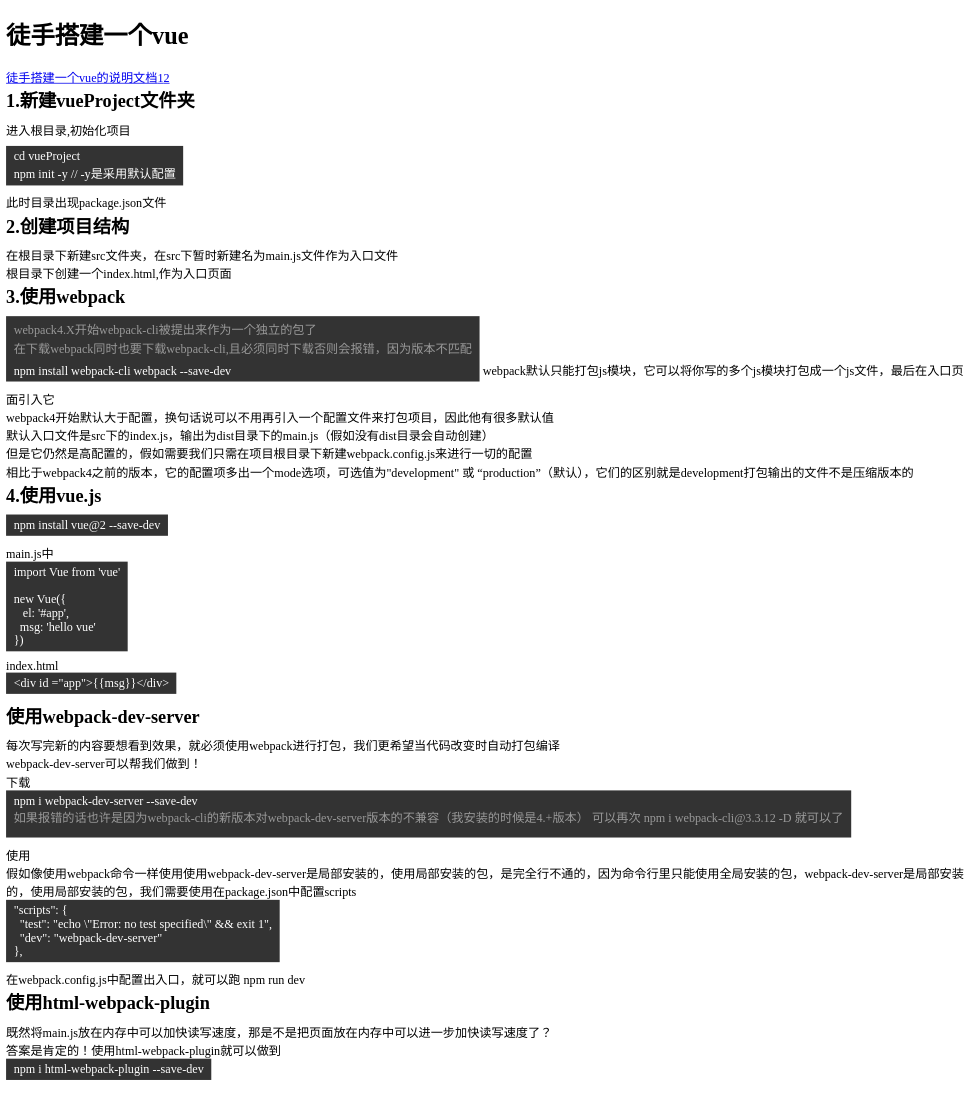
Repository: yuWhy/vue-build-cli
Page: /#/vueBuild
The author's editor kept a copy of each file at every save. The page is drawn from the files as they stood at one save, then again after the next save.
The browser window is 1280 px wide. The pictures show the whole page, at 76% of full size.
The project was rebuilt for these pictures with package versions that can differ from the ones it lists, and the page was loaded fresh each time. Also part of the build but not shown: webpack.config.js, src/router/index.js.

Above is the page before, as saved 2021-02-19 17:01:58.

After the next save:
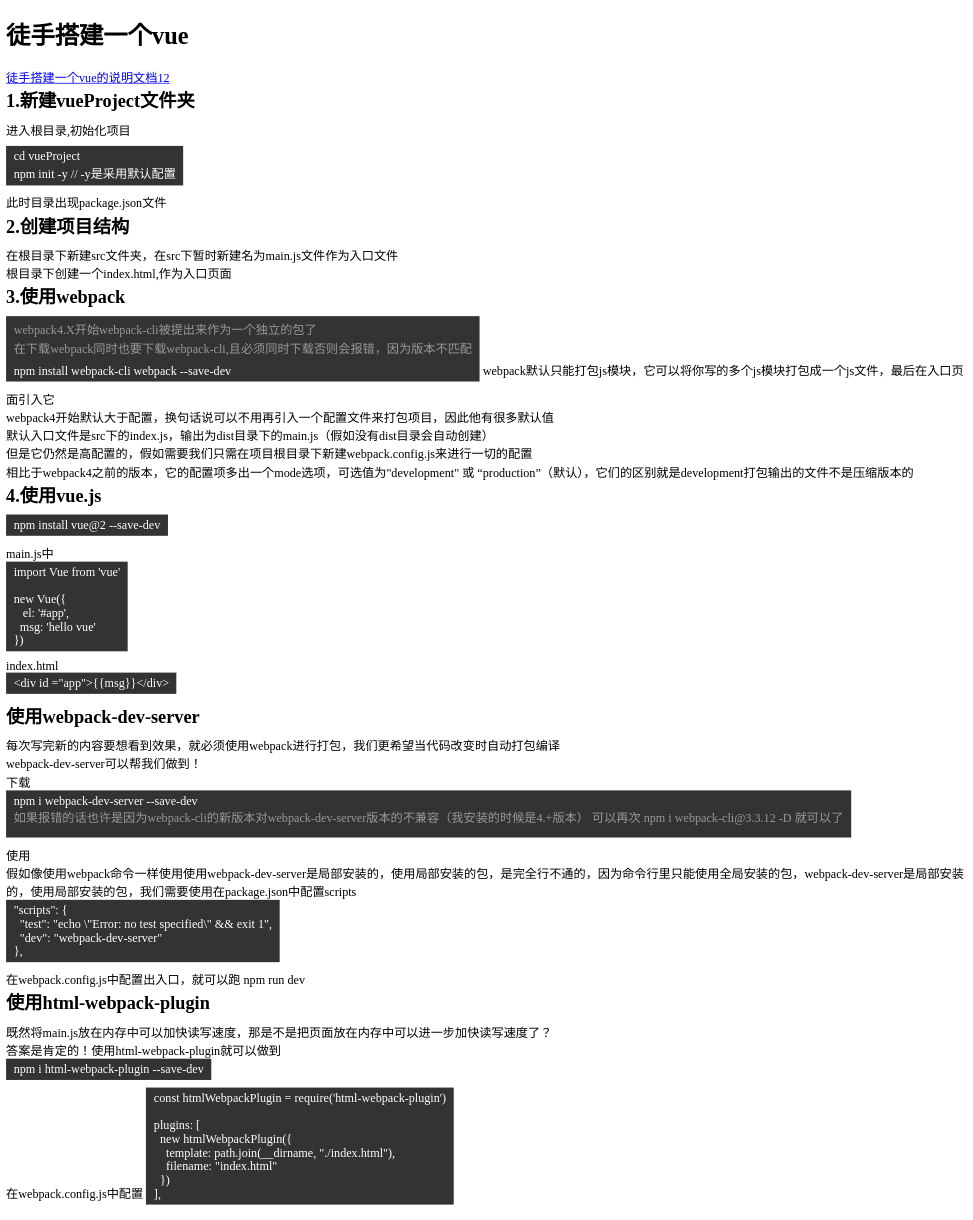
Saved 94 s later.
--- a/src/components/vue-build.vue
+++ b/src/components/vue-build.vue
@@ -55,6 +55,17 @@
     既然将main.js放在内存中可以加快读写速度，那是不是把页面放在内存中可以进一步加快读写速度了？<br>
     答案是肯定的！使用html-webpack-plugin就可以做到<br>
     <div class="dimk">npm i html-webpack-plugin --save-dev</div><br>
+    在webpack.config.js中配置
+    <div class="dimk">
+        const htmlWebpackPlugin = require('html-webpack-plugin')<br>
+        <br>
+        plugins: [<br>
+          &nbsp;&nbsp;new htmlWebpackPlugin({<br>
+            &nbsp;&nbsp;&nbsp;&nbsp;template: path.join(__dirname, "./index.html"),<br>
+            &nbsp;&nbsp;&nbsp;&nbsp;filename: "index.html"<br>
+          &nbsp;&nbsp;})<br>
+        ],<br>
+    </div><br>
   </div>
 </template>
 <script>
